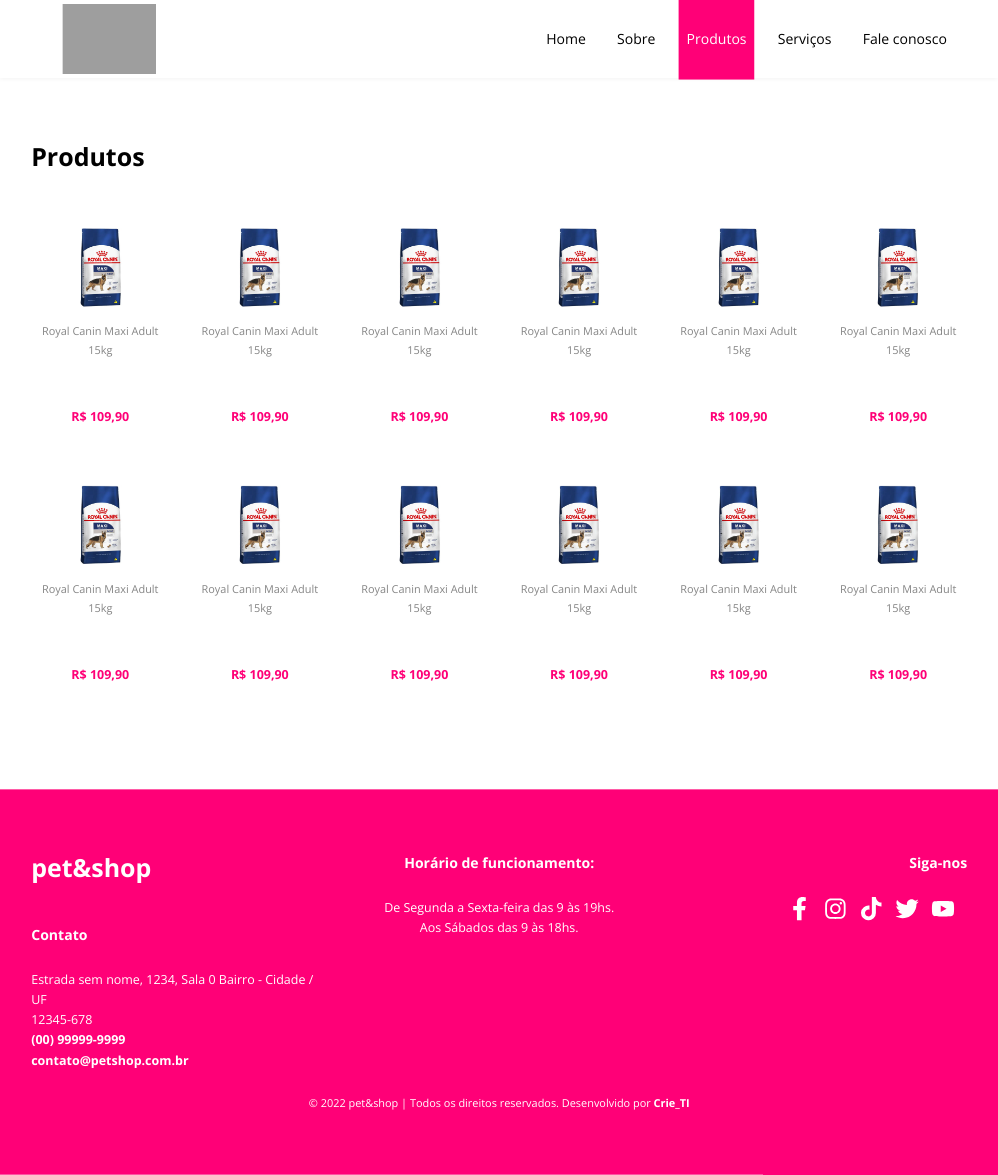
Repository: EzequielKaiber/pet-e-shop
Page: produtos.html
The author's editor kept a copy of each file at every save. The page is drawn from the files as they stood at one save, then again after the next save.
The browser window is 1280 px wide. The pictures show the whole page, at 78% of full size.
Pictures or frames that could not be fetched are drawn as grey boxes.

Above is the page before, as saved 2022-04-25 15:38:36.

### produtos.html
<!DOCTYPE html>
<html lang="en">
<head>
    <meta charset="UTF-8">
    <meta http-equiv="X-UA-Compatible" content="IE=edge">
    <meta name="viewport" content="width=device-width, initial-scale=1.0">
    <title>Produtos</title>
    <link rel="stylesheet" href="css/header.css">
    <link rel="stylesheet" href="css/style.css">
    <link rel="stylesheet" href="css/footer.css">
    <link href="https://fonts.googleapis.com/css2?family=Open+Sans:wght@400;700&display=swap" rel="stylesheet">
</head>
<body class="page-produtos">
    <header>
        <div class="container">
            <div class="header-itens">
                <a href="./">
                    <div class="logo" style="background-image: url(img/logo-colored.svg);"></div>
                </a>
                <nav class="menu">
                    <ul>
                        <li>
                            <a href="./index.html">Home</a>
                        </li>
                        <li>
                            <a href="./sobre.html">Sobre</a>
                        </li>
                        <li class="active">
                            <a href="./produtos.html">Produtos</a>
                        </li>
                        <li>
                            <a href="./servicos.html">Serviços</a>
                        </li>
                        <li>
                            <a href="./fale-conosco.html">Fale conosco</a>
                        </li>
                    </ul>
                </nav>
            </div>
        </div>
    </header>
    <div class="container">
        <div class="produtos-list">
            <div class="title">
                <h2>Produtos</h2>
            </div>
            <div class="cards-produtos">
                <div class="card">
                    <div class="image" style="background-image: url(img/Produtos/product-1.webp);"></div>
                    <small>Royal Canin Maxi Adult 15kg

                    </small>
                    <span>R$ 109,90</span>
                </div>
                <div class="card">
                    <div class="image" style="background-image: url(img/Produtos/product-1.webp);"></div>
                    <small>Royal Canin Maxi Adult 15kg</small>
                    <span>R$ 109,90</span>
                </div>
                <div class="card">
                    <div class="image" style="background-image: url(img/Produtos/product-1.webp);"></div>
                    <small>Royal Canin Maxi Adult 15kg</small>
                    <span>R$ 109,90</span>
                </div>
                <div class="card">
                    <div class="image" style="background-image: url(img/Produtos/product-1.webp);"></div>
                    <small>Royal Canin Maxi Adult 15kg</small>
                    <span>R$ 109,90</span>
                </div>
                <div class="card">
                    <div class="image" style="background-image: url(img/Produtos/product-1.webp);"></div>
                    <small>Royal Canin Maxi Adult 15kg</small>
                    <span>R$ 109,90</span>
                </div>
                <div class="card">
                    <div class="image" style="background-image: url(img/Produtos/product-1.webp);"></div>
                    <small>Royal Canin Maxi Adult 15kg</small>
                    <span>R$ 109,90</span>
                </div>
                <div class="card">
                    <div class="image" style="background-image: url(img/Produtos/product-1.webp);"></div>
                    <small>Royal Canin Maxi Adult 15kg</small>
                    <span>R$ 109,90</span>
                </div>
                <div class="card">
                    <div class="image" style="background-image: url(img/Produtos/product-1.webp);"></div>
                    <small>Royal Canin Maxi Adult 15kg</small>
                    <span>R$ 109,90</span>
                </div>
                <div class="card">
                    <div class="image" style="background-image: url(img/Produtos/product-1.webp);"></div>
                    <small>Royal Canin Maxi Adult 15kg</small>
                    <span>R$ 109,90</span>
                </div>
                <div class="card">
                    <div class="image" style="background-image: url(img/Produtos/product-1.webp);"></div>
                    <small>Royal Canin Maxi Adult 15kg</small>
                    <span>R$ 109,90</span>
                </div>
                <div class="card">
                    <div class="image" style="background-image: url(img/Produtos/product-1.webp);"></div>
                    <small>Royal Canin Maxi Adult 15kg</small>
                    <span>R$ 109,90</span>
                </div>
                <div class="card">
                    <div class="image" style="background-image: url(img/Produtos/product-1.webp);"></div>
                    <small>Royal Canin Maxi Adult 15kg</small>
                    <span>R$ 109,90</span>
                </div>
            </div>
        </div>
    </div>
    <footer>
        <div class="container">
            <div class="footer-itens">
                <div class="footer-item">
                    <h2>pet&shop</h2>
                    <ul>
                        <li class="title">Contato</li>
                        <li>Estrada sem nome, 1234, Sala 0 Bairro - Cidade / UF</li>
                        <li>12345-678</li>
                        <li><a href="tel:(00) 99999-9999">(00) 99999-9999</a></li>
                        <li><a href="mailto:contato@petshop.com.br">contato@petshop.com.br</a></li>
                    </ul>
                </div>
                <div class="footer-item dflex alg-center jcc f-col">
                    <h1>Horário de funcionamento:</h1>
                    <p>De Segunda a Sexta-feira das 9 às 19hs.</p>
                    <p>Aos Sábados das 9 às 18hs.</p>
                </div>
                <div class="footer-item social-items">
                    <h1>Siga-nos</h1>
                    <div class="social">
                        <a href="#">
                            <svg xmlns="http://www.w3.org/2000/svg" viewBox="0 0 320 512"><!--! Font Awesome Pro 6.1.1 by @fontawesome - https://fontawesome.com License - https://fontawesome.com/license (Commercial License) Copyright 2022 Fonticons, Inc. --><path d="M279.14 288l14.22-92.66h-88.91v-60.13c0-25.35 12.42-50.06 52.24-50.06h40.42V6.26S260.43 0 225.36 0c-73.22 0-121.08 44.38-121.08 124.72v70.62H22.89V288h81.39v224h100.17V288z"/></svg>
                        </a>
                        <a href="#">
                            <svg xmlns="http://www.w3.org/2000/svg" viewBox="0 0 448 512"><!--! Font Awesome Pro 6.1.1 by @fontawesome - https://fontawesome.com License - https://fontawesome.com/license (Commercial License) Copyright 2022 Fonticons, Inc. --><path d="M224.1 141c-63.6 0-114.9 51.3-114.9 114.9s51.3 114.9 114.9 114.9S339 319.5 339 255.9 287.7 141 224.1 141zm0 189.6c-41.1 0-74.7-33.5-74.7-74.7s33.5-74.7 74.7-74.7 74.7 33.5 74.7 74.7-33.6 74.7-74.7 74.7zm146.4-194.3c0 14.9-12 26.8-26.8 26.8-14.9 0-26.8-12-26.8-26.8s12-26.8 26.8-26.8 26.8 12 26.8 26.8zm76.1 27.2c-1.7-35.9-9.9-67.7-36.2-93.9-26.2-26.2-58-34.4-93.9-36.2-37-2.1-147.9-2.1-184.9 0-35.8 1.7-67.6 9.9-93.9 36.1s-34.4 58-36.2 93.9c-2.1 37-2.1 147.9 0 184.9 1.7 35.9 9.9 67.7 36.2 93.9s58 34.4 93.9 36.2c37 2.1 147.9 2.1 184.9 0 35.9-1.7 67.7-9.9 93.9-36.2 26.2-26.2 34.4-58 36.2-93.9 2.1-37 2.1-147.8 0-184.8zM398.8 388c-7.8 19.6-22.9 34.7-42.6 42.6-29.5 11.7-99.5 9-132.1 9s-102.7 2.6-132.1-9c-19.6-7.8-34.7-22.9-42.6-42.6-11.7-29.5-9-99.5-9-132.1s-2.6-102.7 9-132.1c7.8-19.6 22.9-34.7 42.6-42.6 29.5-11.7 99.5-9 132.1-9s102.7-2.6 132.1 9c19.6 7.8 34.7 22.9 42.6 42.6 11.7 29.5 9 99.5 9 132.1s2.7 102.7-9 132.1z"/></svg>
                        </a>
                        <a href="#">
                            <svg xmlns="http://www.w3.org/2000/svg" viewBox="0 0 448 512"><!--! Font Awesome Pro 6.1.1 by @fontawesome - https://fontawesome.com License - https://fontawesome.com/license (Commercial License) Copyright 2022 Fonticons, Inc. --><path d="M448,209.91a210.06,210.06,0,0,1-122.77-39.25V349.38A162.55,162.55,0,1,1,185,188.31V278.2a74.62,74.62,0,1,0,52.23,71.18V0l88,0a121.18,121.18,0,0,0,1.86,22.17h0A122.18,122.18,0,0,0,381,102.39a121.43,121.43,0,0,0,67,20.14Z"/></svg>
                        </a>
                        <a href="#">
                            <svg xmlns="http://www.w3.org/2000/svg" viewBox="0 0 512 512"><!--! Font Awesome Pro 6.1.1 by @fontawesome - https://fontawesome.com License - https://fontawesome.com/license (Commercial License) Copyright 2022 Fonticons, Inc. --><path d="M459.37 151.716c.325 4.548.325 9.097.325 13.645 0 138.72-105.583 298.558-298.558 298.558-59.452 0-114.68-17.219-161.137-47.106 8.447.974 16.568 1.299 25.34 1.299 49.055 0 94.213-16.568 130.274-44.832-46.132-.975-84.792-31.188-98.112-72.772 6.498.974 12.995 1.624 19.818 1.624 9.421 0 18.843-1.3 27.614-3.573-48.081-9.747-84.143-51.98-84.143-102.985v-1.299c13.969 7.797 30.214 12.67 47.431 13.319-28.264-18.843-46.781-51.005-46.781-87.391 0-19.492 5.197-37.36 14.294-52.954 51.655 63.675 129.3 105.258 216.365 109.807-1.624-7.797-2.599-15.918-2.599-24.04 0-57.828 46.782-104.934 104.934-104.934 30.213 0 57.502 12.67 76.67 33.137 23.715-4.548 46.456-13.32 66.599-25.34-7.798 24.366-24.366 44.833-46.132 57.827 21.117-2.273 41.584-8.122 60.426-16.243-14.292 20.791-32.161 39.308-52.628 54.253z"/></svg>
                        </a>
                        <a href="#">
                            <svg xmlns="http://www.w3.org/2000/svg" viewBox="0 0 576 512"><!--! Font Awesome Pro 6.1.1 by @fontawesome - https://fontawesome.com License - https://fontawesome.com/license (Commercial License) Copyright 2022 Fonticons, Inc. --><path d="M549.655 124.083c-6.281-23.65-24.787-42.276-48.284-48.597C458.781 64 288 64 288 64S117.22 64 74.629 75.486c-23.497 6.322-42.003 24.947-48.284 48.597-11.412 42.867-11.412 132.305-11.412 132.305s0 89.438 11.412 132.305c6.281 23.65 24.787 41.5 48.284 47.821C117.22 448 288 448 288 448s170.78 0 213.371-11.486c23.497-6.321 42.003-24.171 48.284-47.821 11.412-42.867 11.412-132.305 11.412-132.305s0-89.438-11.412-132.305zm-317.51 213.508V175.185l142.739 81.205-142.739 81.201z"/></svg>
                        </a>
                    </div>
                </div>
            </div>
            <div class="copy">
                <p>© 2022 pet&shop | Todos os direitos reservados. Desenvolvido por <a target="_blank" href="https://www.univates.br/crieti">Crie_TI</a></p>
            </div>
        </div>
    </footer>
</body>
</html>

### css/header.css
* {
    padding: 0;
    margin: 0;
    box-sizing: border-box;
}
header {
    width: 100%;
    height: 100px;
    background-color: #fff;
    box-shadow: 0 3px 6px 0 rgb(0 0 0 / 5%);
    position: fixed;
    top: 0;
    z-index: 999999;
}
header .header-itens {
    display: flex;
    flex-direction: row;
    justify-content: space-between;
    width: 100%;
    height: 100px;
    align-items: center;
}
header .header-itens .logo {
    width: 200px;
    height: 90px;
    background-position: center;
    background-repeat: no-repeat;
    background-size: contain;
}
header .header-itens .menu {
    display: flex;
    flex-direction: row;
}
header .header-itens .menu ul {
    list-style: none;
    display: flex;
    flex-direction: row;
    margin-right: 16px;
}
header .header-itens .menu ul li {
    height: 100%;
    padding: 38px 10px;
    margin-left: 20px;
}
header .header-itens .menu ul li a {
    font-size: 18px;
    line-height: 28px;
    color: #000;
    text-decoration: none;
    transition: ease-in-out 0.32s;
}
header .header-itens .menu ul li a:hover {
    transition: ease-in-out 0.32s;
    color: #f07;
}
header .header-itens .menu ul li.active {
    background-color: #f07;
}
header .header-itens .menu ul li.active a {
    color: #fff;
}

### css/footer.css
footer {
    background-color: #FF0077;
    padding: 80px 0;
}
footer .footer-itens {
    display: flex;
    flex-direction: row;
    justify-content: space-between;
}
footer .footer-itens .footer-item {
    width: calc(33% - 15px);
    height: fit-content;
}
footer .footer-itens .footer-item h2 {
    font-size: 32px;
    line-height: 42px;
    color: #fff;
    margin-bottom: 50px;
}
footer .footer-itens .footer-item ul {
    list-style: none;
    display: flex;
    flex-direction: column;
}
footer .footer-itens .footer-item ul li.title {
    font-size: 18px;
    line-height: 28px;
    color: #fff;
    font-weight: bold;
    margin-bottom: 30px;
}
footer .footer-itens .footer-item ul li {
    font-size: 16px;
    line-height: 26px;
    color: #fff;
}
footer .footer-itens .footer-item ul li a {
    font-size: 16px;
    line-height: 26px;
    color: #fff;
    font-weight: bold;
    text-decoration: none;
}
footer .footer-itens .footer-item h1 {
    font-size: 18px;
    line-height: 28px;
    color: #fff;
    font-weight: bold;
    margin-bottom: 30px;
}
footer .footer-itens .footer-item.social-items {
    align-items: flex-end;
    justify-content: flex-end;
    display: flex;
    flex-direction: column;
}
footer .footer-itens .footer-item p {
    font-size: 16px;
    line-height: 26px;
    color: #fff;
}
footer .footer-itens .footer-item .social {
    display: flex;
    flex-direction: row;
    align-items: flex-end;
}
footer .footer-itens .footer-item .social a {
    display: block;
    height: 30px;
    width: 30px;
    margin-right: 16px;
}
footer .footer-itens .footer-item .social a svg {
    height: 30px;
    width: 30px;
    fill: #fff;
    transition: ease-in-out 0.32s;
    transform: scale(1) rotate(0deg);
}
footer .footer-itens .footer-item .social a:hover svg {
    transform: scale(1.1) rotate(10deg);
    transition: ease-in-out 0.32s;
}
footer .copy {
    display: flex;
    margin-top: 30px;
    flex-direction: row;
    align-items: center;
    justify-content: center;
}
footer .copy p {
    font-size: 14px;
    line-height: 24px;
    color: #fff;
}
footer .copy p a {
    font-size: 14px;
    line-height: 24px;
    color: #fff;
    font-weight: bold;
    text-decoration: none;
}

Loaded but not shown: css/style.css (481 lines, source omitted)

After the next save:
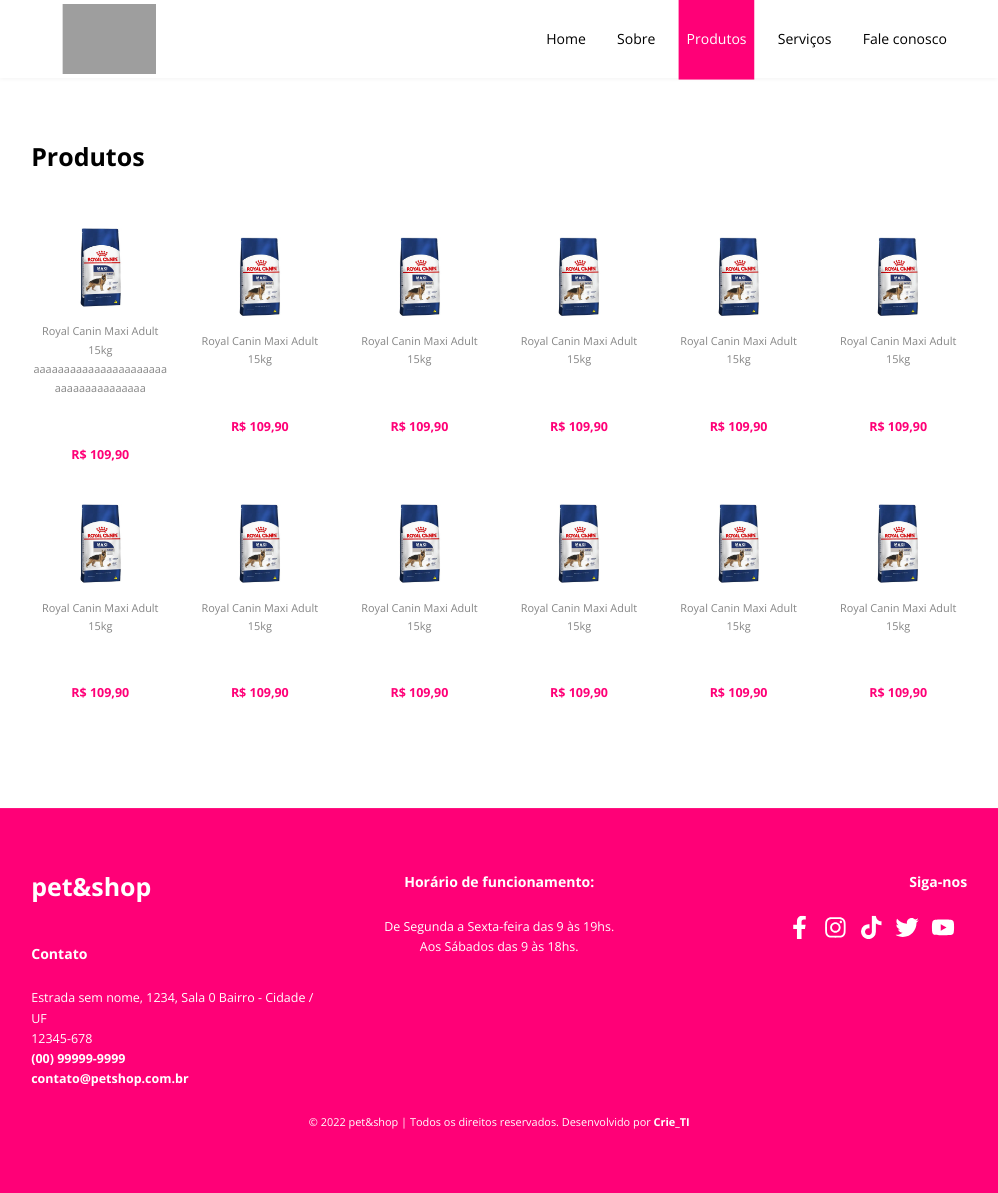
Saved 9 s later.
--- a/produtos.html
+++ b/produtos.html
@@ -48,7 +48,8 @@
                 <div class="card">
                     <div class="image" style="background-image: url(img/Produtos/product-1.webp);"></div>
                     <small>Royal Canin Maxi Adult 15kg
-
+                        aaaaaaaaaaaaaaaaaaaaaa
+                        aaaaaaaaaaaaaaa
                     </small>
                     <span>R$ 109,90</span>
                 </div>
